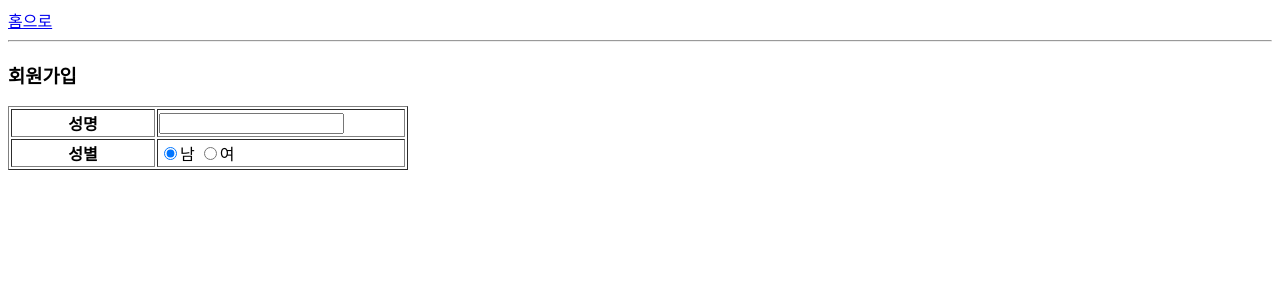
Repository: linklifejo/study_spring
Page: http://localhost/web/member
An editor plug-in stored every save of this project. The page is shown before and after the next save, followed by the edit.
The browser window is 1280 px wide. The pictures show the whole page.
The page is served by Tomcat 9. Other server files are loaded and not shown.

Above is the page before, as saved 2023-02-14 01:02:59.

### web/src/main/webapp/WEB-INF/views/member/join.jsp
<%@ page language="java" contentType="text/html; charset=UTF-8"
    pageEncoding="UTF-8"%>
<%@ taglib uri="http://java.sun.com/jsp/jstl/core" prefix="c"%>
<!DOCTYPE html>
<html>
<head>
<meta charset="UTF-8">
<title>Insert title here</title>
</head>
<body>
<a href='<c:url value="/"/>'>홈으로</a>
<hr>
<h3>회원가입</h3>

<form method='post' action='joinRequest'>
<table border='1' style='width:400px'>
<tr><th style='width:140px'>성명</th>
	<td><input type='text' name='name'></td>
</tr>
<tr><th>성별</th>
	<td>
		<label><input type='radio' name='gender' checked value='남'>남</label>
		<label><input type='radio' name='gender' value='여'>여</label>
	</td>
</tr>
</table>

</form>

</body>
</html>

After the next save:
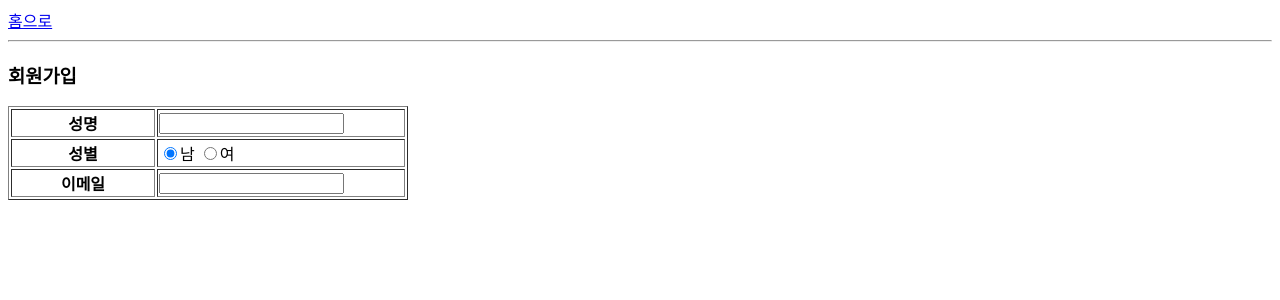
Saved 31 s later.
--- a/web/src/main/webapp/WEB-INF/views/member/join.jsp
+++ b/web/src/main/webapp/WEB-INF/views/member/join.jsp
@@ -23,6 +23,9 @@
 		<label><input type='radio' name='gender' value='여'>여</label>
 	</td>
 </tr>
+<tr><th>이메일</th>
+	<td><input type='text' name='email'></td>
+</tr>
 </table>
 
 </form>
